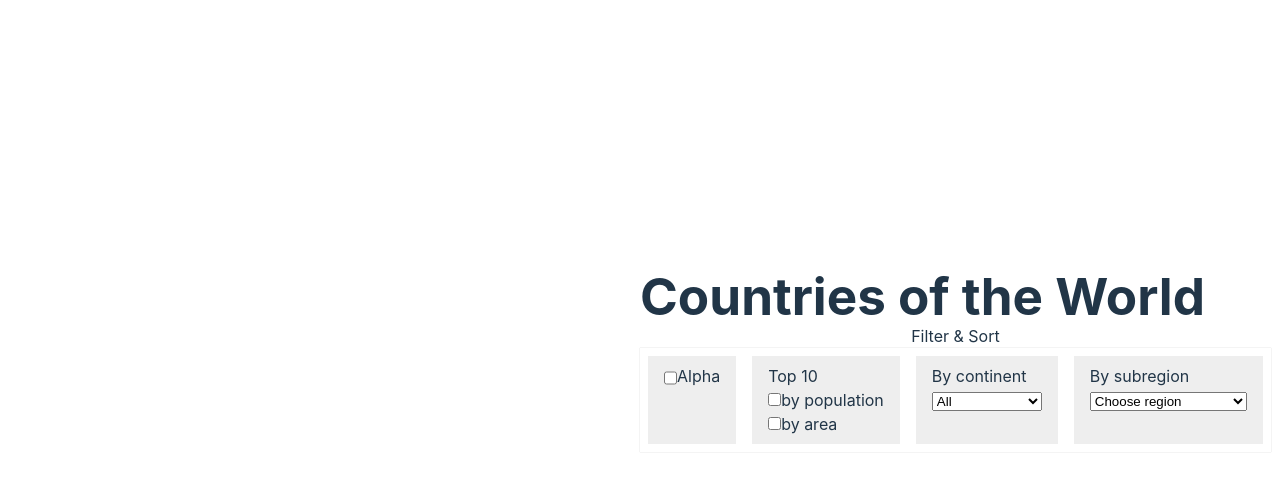
Repository: SamanthaYan298/my_countries
Page: /
An editor plug-in stored every save of this project. The page is shown before and after the next save, followed by the edit.
The browser window is 1280 px wide. The pictures show the whole page.
The project was rebuilt for these pictures with package versions that can differ from the ones it lists, and the page was loaded fresh each time. Also part of the build but not shown: vite.config.js.

Above is the page before, as saved 2024-11-04 17:51:53.

### src/App.jsx
import { useState } from 'react'
import './App.css'

function App() {

  return (
    <div id="root">
      <h1>Countries of the World</h1>
      <div className="container">
        <div className='inner-container'>
          <p>Filter & Sort</p>
          <div className='filters'>
            <div className='alpha'>
              <input type="checkbox"/>
              <label htmlFor="alpha">Alpha</label>
            </div>
            <div className='categories'>
              <p>Top 10</p>
                <div>
                  <input type="checkbox"/>
                  <label htmlFor="by-population">by population</label>
                </div>
                <div>
                  <input type="checkbox" />
                  <label htmlFor="by-area">by area</label>
                </div>
            </div>
            <div  className='categories'>
              <p>By continent</p>
              <select>
                <option value="All">All</option>
                <option value="Antarctica">Antarctica</option>
                <option value="North America">North America</option>
                <option value="Europe">Europe</option>
                <option value="Africa">Africa</option>
                <option value="Asia">Asia</option>
                <option value="Oceania">Oceania</option>
                <option value="South America">South America</option>
              </select>
            </div>
            <div  className='categories'>
            <p>By subregion</p>
              <select>
                <option value="Choose region">Choose region</option>
                <option value="Caribbean">Caribbean</option>
                <option value="Western Europe">Western Europe</option>
                <option value="Western Africa">Western Africa</option>
                <option value="Central Europ">Central Europ</option>
                <option value="Estern Asia">Estern Asia</option>
                <option value="Polynesia">Polynesia</option>
                <option value="North Africa">North Africa</option>
                <option value="Southern Europe">Southern Europe</option>
                <option value="Southern-Eastern Asia">Southern-Eastern Asia</option>
              </select>
            </div>
          </div>
        </div>
      </div>
    </div>
  )
}

export default App

### src/App.css
* {
  margin: 0;
  padding: 0;
  box-sizing: border-box;
}

#root {
  max-width: 100%;
  margin-left: 20em;
  padding: 0;
  top: 0;
}

.container {
  display: flex;
  flex-direction: row;
  align-items: flex-start;
}

.inner-container {
  text-align: center;
}

.container p {
  margin-top: 0;
  margin-bottom: 0;
}

.filters {
  display: flex;
  flex-direction: row;
}

.alpha {
  display: flex;
  flex-direction: row;
  padding: 0.5rem 1rem;
  background-color: rgb(238, 238, 238);
  margin-top: 0;
}

.alpha input {
  margin-top: -44px;
}

.filters {
  gap: 1rem;
  text-align: left;
  padding: 0.5rem;
  box-shadow: rgba(0, 0, 0, 0.25) 0px 0px 1px 0px;
}

.categories {
  padding: 0.5rem 1rem;
  background-color: rgb(238, 238, 238);
}

Loaded but not shown: index.html (common file); src/main.jsx (common file); src/index.css (common file)

After the next save:
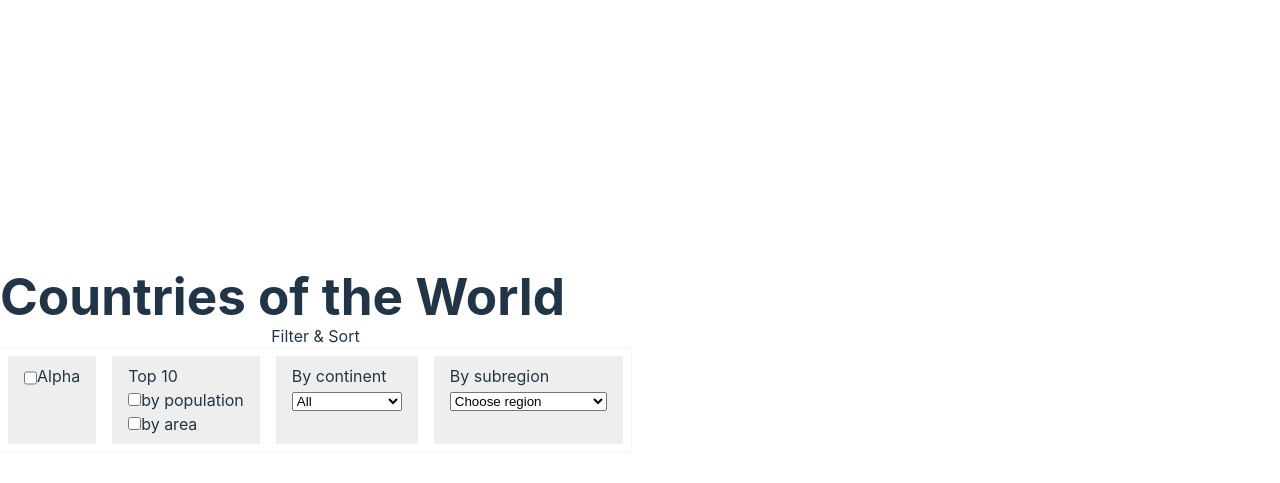
Saved 11 s later.
--- a/src/App.css
+++ b/src/App.css
@@ -6,7 +6,6 @@
 
 #root {
   max-width: 100%;
-  margin-left: 20em;
   padding: 0;
   top: 0;
 }
